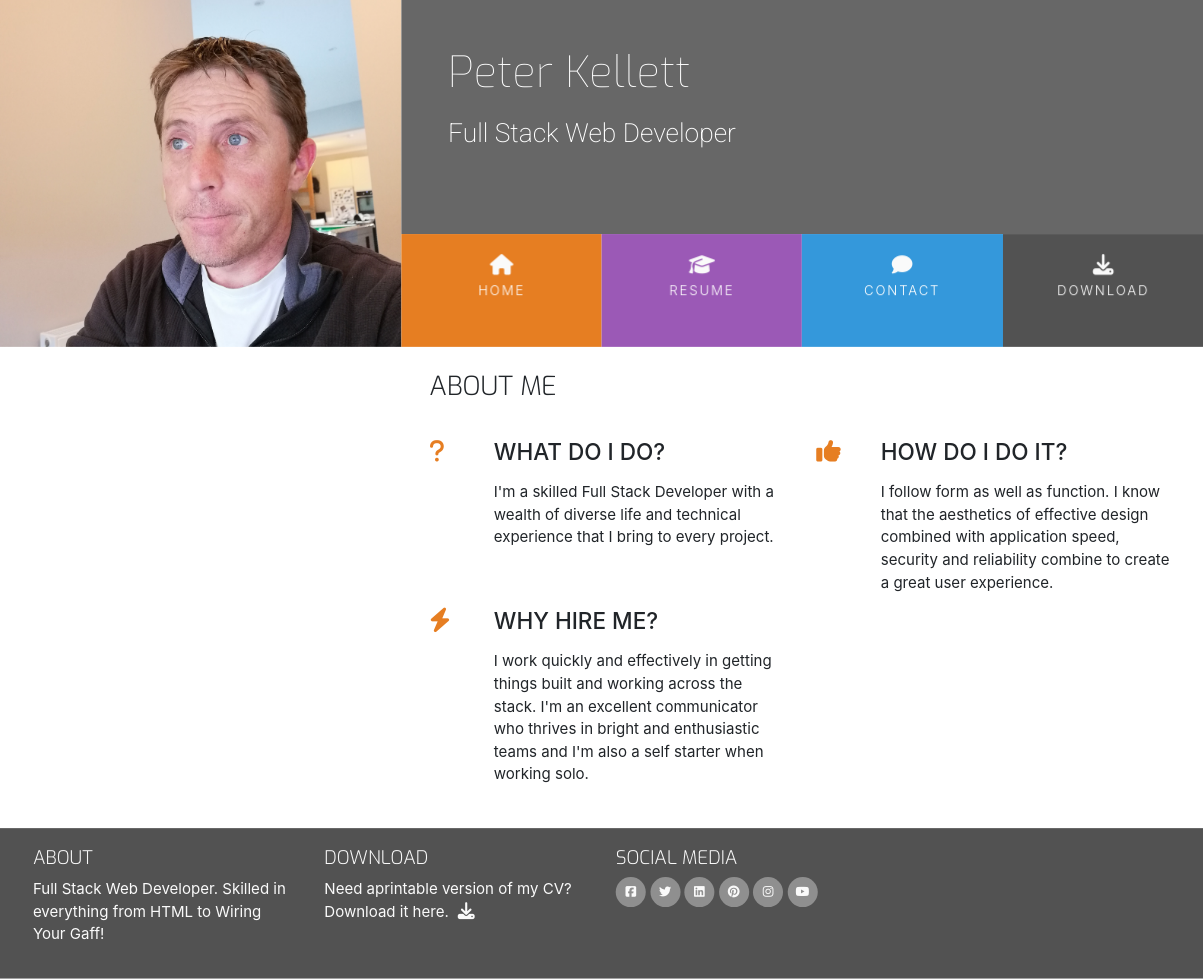
Repository: PeterKellett/resume-tutorial
Page: index.html
The author's editor kept a record of every edit. The page is drawn from the files as they stood at one moment, then again after the next edit.
The browser window is 1280 px wide. The pictures show the whole page, at 94% of full size.
Some web libraries are served in a nearby version.

Above is the page before.

### index.html
<!DOCTYPE html>
<html lang="en">

<head>
    <meta charset="UTF-8">
    <meta name="viewport" content="width=device-width, initial-scale=1.0">
    <meta http-equiv="X-UA-Compatible" content="ie=edge">
    <link rel="stylesheet" href="https://stackpath.bootstrapcdn.com/bootstrap/4.3.1/css/bootstrap.min.css" integrity="sha384-ggOyR0iXCbMQv3Xipma34MD+dH/1fQ784/j6cY/iJTQUOhcWr7x9JvoRxT2MZw1T" crossorigin="anonymous">
    <script src="https://kit.fontawesome.com/5522ae6586.js"></script>
    <link rel="stylesheet" href="https://cdnjs.cloudflare.com/ajax/libs/hover.css/2.3.1/css/hover-min.css" type="text/css" />
    <link rel="stylesheet" href="assets/css/style.css" type="text/css" />
    <title>CV index</title>
</head>
<!-------------------------------------------End </head>----------------------------------->

<!--------------------------------------=---Start <body>----------------------------------->

<body>
    <!--------------------------------------=---Start <header>----------------------------------->
    <header>
        <div class="row no-gutters">
            <a href="index.html" class="col-md-4 logo"></a>

            <div class="col-md-8">
                <div class="row no-gutters bg-color-name-title">
                    <div class="col heading">
                        <h1 class="name">Peter Kellett</h1>
                        <h2 class="title">Full Stack Web Developer</h2>
                    </div>
                </div>
                <div class="row no-gutters">
                    <div class="col">
                        <ul id="nav" class="list-inline menucontainer">
                            <li class="col-6 col-sm-3 ui-menu-color-home list-inline-item menuitem">
                                <a href="index.html" class="hvr-sweep-to-bottom"><i class="fas fa-home" aria-hidde="true"></i><span>Home</span></a>
                            </li>
                            <li class="col-6 col-sm-3 ui-menu-color-resume list-inline-item menuitem">
                                <a href="resume.html" class="hvr-sweep-to-bottom"><i class="fas fa-graduation-cap" aria-hidde="true"></i><span>Resume</span></a>
                            </li>
                            <li class="col-6 col-sm-3 ui-menu-color-contact list-inline-item menuitem">
                                <a href="contact.html" class="hvr-sweep-to-bottom"><i class="fas fa-comment" aria-hidde="true"></i><span>Contact</span></a>
                            </li>
                            <li class="col-6 col-sm-3 ui-menu-color-download list-inline-item menuitem">
                                <a href="assets/cv/test_resume.pdf" target="_blank" class="hvr-sweep-to-bottom"><i class="fas fa-download" aria-hidde="true"></i><span>Download</span></a>
                            </li>
                        </ul>
                    </div>
                </div>
            </div>
        </div>
    </header>
    <!-------------------------------------------End </header>----------------------------------->

    <!--------------------------------------=---Start <section>----------------------------------->

    <section class="container-fluid">
        <div class="row">
            <div class="col-md-4 bd-color-personal-info section-column">
                <div class="row">
                    <div class="col-12">

                    </div>
                </div>
            </div>
            <div class="col-md-8 bg-color-three-reasons section-column">
                <div class="row">
                    <div class="col">
                        <h3 class="section-heading uppercase">About Me</h3>
                    </div>
                </div>
                <div class="row">
                    <div class="col-10 offset-1 offset-sm-0 col-sm-4 col-md-6">
                        <div class="row">
                            <div class="col-2"><i class="three-reasons-icon fas fa-question" aria-hidden="true"></i>
                            </div>
                            <div class="col-10">
                                <h4 class="three-reasons-heading uppercase">What do I do?</h4>
                                <p>
                                    I'm a skilled Full Stack Developer with a wealth of diverse life and technical experience that I bring to every project.
                                </p>
                            </div>
                        </div>
                    </div>
                    <div class="col-10 offset-1 offset-sm-0 col-sm-4 col-md-6">
                        <div class="row">
                            <div class="col-2"><i class="three-reasons-icon fas fa-thumbs-up" aria-hidden="true"></i>
                            </div>
                            <div class="col-10">
                                <h4 class="three-reasons-heading uppercase">How do I do it?</h4>
                                <p>
                                    I follow form as well as function. I know that the aesthetics of effective design combined with application speed, security and reliability combine to create a great user experience.
                                </p>
                            </div>
                        </div>
                    </div>
                    <div class="col-10 offset-1 offset-sm-0 col-sm-4 col-md-6">
                        <div class="row">
                            <div class="col-2"><i class="three-reasons-icon fas fa-bolt" aria-hidden="true"></i>
                            </div>
                            <div class="col-10">
                                <h4 class="three-reasons-heading uppercase">Why hire me?</h4>
                                <p>
                                    I work quickly and effectively in getting things built and working across the stack. I'm an excellent communicator who thrives in bright and enthusiastic teams and I'm also a self starter when working solo.
                                </p>
                            </div>
                        </div>
                    </div>
                </div>
            </div>
        </div>
    </section>
    <!-------------------------------------------End </section>----------------------------------->


    <!--------------------------------------=---Start <footer>----------------------------------->

    <footer class="container-fluid">
        <div id="footer-details" class="row">
            <div class="col-sm-3">
                <h5 class="uppercase general-sub">About</h5>
                <p class="inline-block">
                    Full Stack Web Developer. Skilled in everything from HTML to Wiring Your Gaff!
                </p>
            </div>
            <div class="col-sm-3">
                <h5 class="uppercase general-sub">Download</h5>
                <p class="inline-block">Need aprintable version of my CV? Download it here.
                    <a href="assets/cv/test_resume.pdf" target="_blank" class="cv-pdf">
                    <i class="fas fa-download" aria-hidden="true"></i>
                    <span class="sr-only">Download link.</span>
                </a>
                </p>
            </div>
            <div class="col-sm-3">
                <h5 class="uppercase general-sub">Social Media</h5>
                <ul class="list-inline social-links">
                    <li class="list-inline-item">
                        <a target="_blank" href="#">
                            <i Class="fab fa-facebook-square" aria-hidden="true"></i>
                            <span class="sr-only">Facebook</span>
                        </a>
                    </li>
                    <li class="list-inline-item">
                        <a target="_blank" href="#">
                            <i Class="fab fa-twitter" aria-hidden="true"></i>
                            <span class="sr-only">Twitter</span>
                        </a>
                    </li>
                    <li class="list-inline-item">
                        <a target="_blank" href="#">
                            <i Class="fab fa-linkedin" aria-hidden="true"></i>
                            <span class="sr-only">LinkedIn</span>
                        </a>
                    </li>
                    <li class="list-inline-item">
                        <a target="_blank" href="#">
                            <i Class="fab fa-pinterest" aria-hidden="true"></i>
                            <span class="sr-only">Pinterest</span>
                        </a>
                    </li>
                    <li class="list-inline-item">
                        <a target="_blank" href="#">
                            <i Class="fab fa-instagram" aria-hidden="true"></i>
                            <span class="sr-only">Instagram</span>
                        </a>
                    </li>
                    <li class="list-inline-item">
                        <a target="_blank" href="#">
                            <i Class="fab fa-youtube" aria-hidden="true"></i>
                            <span class="sr-only">YouTube</span>
                        </a>
                    </li>

                </ul>
            </div>
        </div>


    </footer>
    <!-------------------------------------------End </footer>----------------------------------->

</body>
<!-------------------------------------------End </body>----------------------------------->

</html>

### assets/css/style.css
@import url('https://fonts.googleapis.com/css?family=Roboto:100,200,300,400,500,600,700|Exo:100,200,300,400,500,600,700');

/*------------------------------Colors-------------------------*/

.bg-color-name-title {
    background: #676767;

}

.bg-color-three-reasons {
    background-color: #fff;
}

.bg-color-personal-info {
    background-color: #f4f4f4;
}

.ui-menu-color-home {
    background-color: #e67e22;
}

.ui-menu-color-resume {
    background-color: #9b59b6;
}

.ui-menu-color-contact {
    background-color: #3498db;
}

.ui-menu-color-download {
    background-color: #525252;
}

/*------------------------------Special Paddings/margins/text-------------------------*/

h1,
h2,
h3,
h4 {
    margin: 0;
}

.uppercase {
    text-transform: uppercase;
}

.general-sub {
    font-family: "exo", sans-serif;
    font-weight: 300;
    color: #fafafa;
}

.inline-block {
    display: inline-block;
}

.row-table {
    display: table;
}

.section-column {
    display: table-cell;
    padding: 0 30px 30px;
    float: none;
}

.section-heading {
    font-family: "Exo", sans-serif;
    font-weight: 300;
    margin-top: 25px;
    margin-bottom: 40px;
}

/*------------------------------Heading-------------------------*/

header {
    margin: 0;
}

.heading {
    margin-left: 50px;
}

.logo {
    background: url("../images/IMG_20190807_202109.jpg");
    background-position: center;
    background-repeat: no-repeat;
    background-size: cover;
    min-height: 360px;
    transition: all .5s ease-in-out;
    -moz-transition: all .5s ease-in-out;
    -webkit-transition: all .5s ease-in-out;
    -o-transition: all .5s ease-in-out;
}

.name {
    font-family: "Exo", sans-serif;
    font-weight: 100;
    font-size: 46px;
    margin-top: 50px;
    color: #fff;
}

.title {
    font-family: "Roboto", sans-serif;
    font-weight: 200;
    font-size: 28px;
    margin-top: 20px;
    margin-bottom: 90px;
    color: #fff;
}

.list-inline-item:not(:last-child) {
    margin: 0;
}

.menucontainer {
    font-size: 0;
}

#nav {
    margin: 0;
}

#nav li {
    font-size: 14px;
    padding: 0;
}

.menuitem {
    height: 120px;
    text-align: center;
    padding: 0;
}

.menuitem a {
    width: 100%;
    text-decoration: none;
    color: #fff;
    height: 120px;
}

.menuitem a i {
    padding-top: 22px;
    display: block;
    color: #fafafa;
    font-size: 22px;
}

.menuitem span {
    display: block;
    width: 100%;
    padding-top: 5px;
    text-align: center;
    text-transform: uppercase;
    font-size: 14px;
    font-weight: 300;
    letter-spacing: 2px;
}

/*------------------------------Hover.css-------------------------*/

.hvr-sweep-to-bottom:before {
    background: rgba(0, 0, 0, 0.2);
    height: 120px;
}

/*------------------------------Footer-------------------------*/

footer {
    background-color: #525252;
    color: #fafafa;
    min-height: 120px;
    margin: 0;
}

.cv-pdf i {
    font-size: 18px;
    color: #fafafa;
    text-align: center;
    padding-left: 5px;
    transition: all 0.35s ease-in-out;
    -moz-transition: all 0.35s ease-in-out;
    -webkit-transition: all 0.35s ease-in-out;
    -o-transition: all 0.35s ease-in-out;
}

.cv-pdf i:hover {
    color: #e84610;
}

.social-links {
    padding-bottom: 15px;
}

.social-links li a i {
    width: 32px;
    height: 32px;
    padding: 12px 0;
    border-radius: 50%;
    font-size: 13px;
    line-height: 7px;
    text-align: center;
    color: #fafafa;
    background: #8f8f8f;
    transition: all 0.35s ease-in-out;
    -moz-transition: all 0.35s ease-in-out;
    -webkit-transition: all 0.35s ease-in-out;
    -o-transition: all 0.35s ease-in-out;
}

.social-links li a i:hover {
    background: #e84610;
}

#footer-details {
    padding: 20px;
}

/*------------------------------Three reasons-------------------------*/
.three-reasons-icon {
    font-size: 26px;
    color: #e67e22;
}

.three-reasons-heading {
    margin-bottom: 15px;

}

/*------------------------------Personal Info-------------------------*/

.personal-info-item {
    margin-bottom: 20px;
    display: block;
    clear: both;
}

.personal-info-item .key,
.personal-info-item .value {
    padding-right: 8px;
    display: inline-block;
}

.personal-info-item .key p,
.personal-info-item.value p {
    margin: 0;
}

.personal-info-item .key {
    width: 30%;
    margin-right: 21px;
    padding-top: 2px;
    vertical-align: top;
}

.personal-info-item .key p {
    font-weight: 700;
}

.personal-info-item .value {
    position: relative;
    width: 60%;
}

After the next edit:
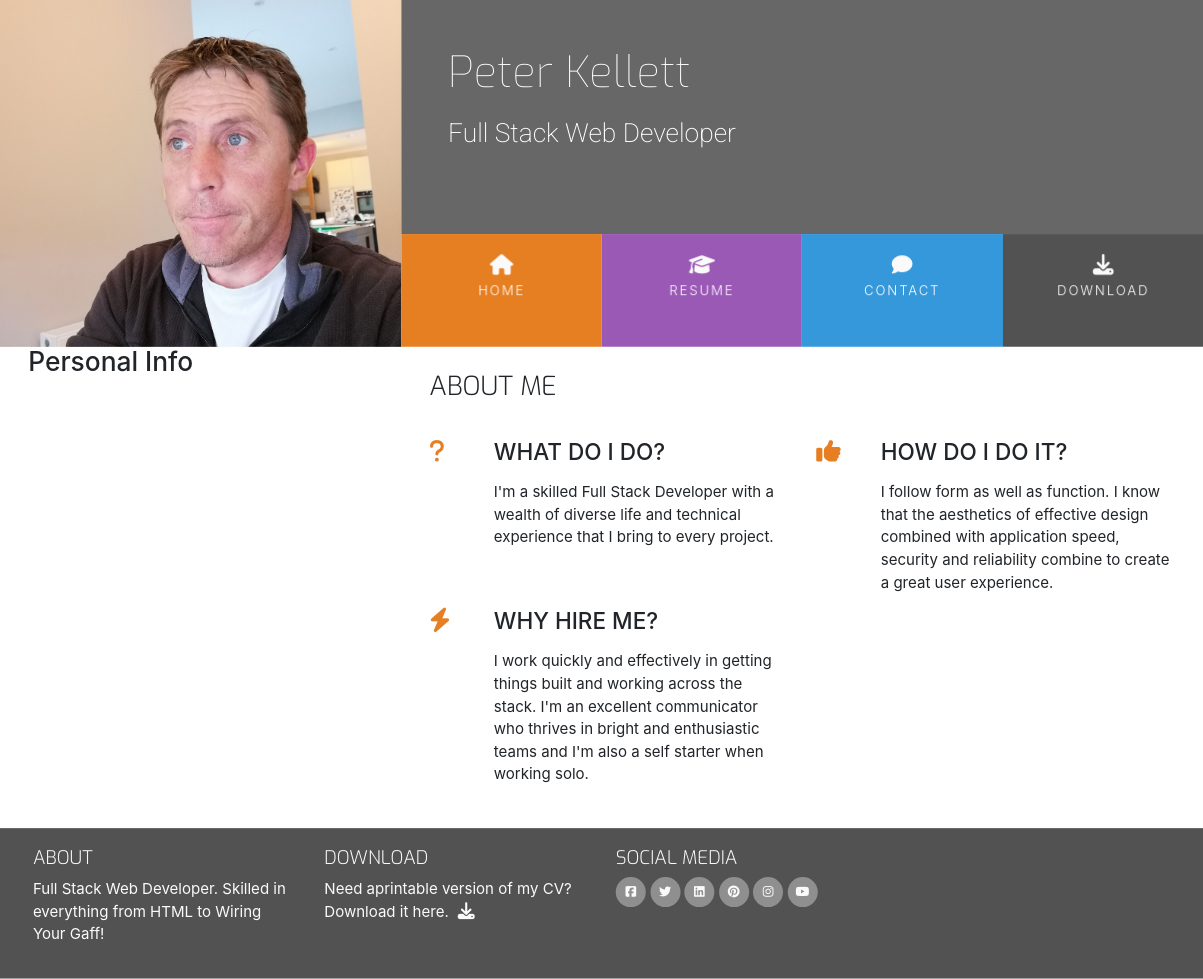
The edit:
--- a/index.html
+++ b/index.html
@@ -58,7 +58,9 @@
             <div class="col-md-4 bd-color-personal-info section-column">
                 <div class="row">
                     <div class="col-12">
-
+                        <h3 class-"section-heading uppercase">
+                            Personal Info
+                        </h3>
                     </div>
                 </div>
             </div>
